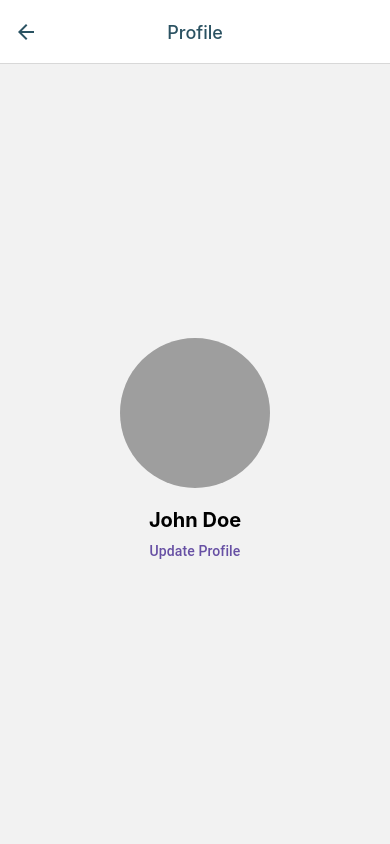
Repository: SaudCh/Expo-Pethub
Screen: /Profile
An editor plug-in stored every save of this project. The screen is shown before and after the next save, followed by the edit.
Pictures or frames that could not be fetched are drawn as grey boxes. The app was drawn by React Native's web renderer in a window 390 px wide. The project was rebuilt for these pictures with package versions that can differ from the ones it lists, and the page was loaded fresh each time. Also part of the build but not shown: Screens/Signup.js, Screens/Home.js, Screens/UpdateProfile.js, Components/Avatar.js.

Above is the screen before, as saved 2022-11-15 00:19:25.

### App.js
import { StatusBar } from 'expo-status-bar';
import 'react-native-gesture-handler';
import { StyleSheet, Text, View } from 'react-native';
import { Provider as PaperProvider } from 'react-native-paper';
import AppNavigator from './Components/Navigator';

export default function App() {
  return (
    <PaperProvider>
      <AppNavigator />
    </PaperProvider>
  );
}

const styles = StyleSheet.create({
  container: {
    flex: 1,
    backgroundColor: '#fff',
    alignItems: 'center',
    justifyContent: 'center',
  },
});

### Components/Navigator.js
// In App.js in a new project

import * as React from 'react';
import { View, Text } from 'react-native';
import { NavigationContainer } from '@react-navigation/native';
import { createNativeStackNavigator } from '@react-navigation/native-stack';
import Login from '../Screens/Login';
import Signup from '../Screens/Signup';
import Home from '../Screens/Home';
import Profile from '../Screens/Profile';
import UpdateProfile from '../Screens/UpdateProfile';
import Avatar from './Avatar';

function HomeScreen() {
    return (
        <View style={{ flex: 1, alignItems: 'center', justifyContent: 'center' }}>
            <Text>Home Screen</Text>
        </View>
    );
}

const Stack = createNativeStackNavigator();

function AppNavigator() {
    return (
        <NavigationContainer>
            <Stack.Navigator>
                <Stack.Screen name="Login" component={Login} options={{
                    title: 'Login',
                    headerTintColor: "#2B5262",
                    headerTitleAlign: 'center'
                }} />

                <Stack.Screen name="Signup" component={Signup} options={{
                    title: 'Signup',
                    headerTintColor: "#2B5262",
                    headerTitleAlign: 'center'
                }} />

                <Stack.Screen name="Home" component={Home}
                    options={{
                        title: 'Home',
                        headerTintColor: "#2B5262",
                        headerTitleAlign: 'center',
                        headerRight: () => (
                            <Avatar />
                        )
                    }}
                />

                <Stack.Screen name="Profile" component={Profile} options={{
                    title: 'Profile',
                    headerTintColor: "#2B5262",
                    headerTitleAlign: 'center'
                }} />
                <Stack.Screen name="UpdateProfile" component={UpdateProfile} options={{
                    title: 'Update',
                    headerTintColor: "#2B5262",
                    headerTitleAlign: 'center',
                }} />

            </Stack.Navigator>
        </NavigationContainer>
    );
}

export default AppNavigator;

### Screens/Login.js
import { useNavigation } from "@react-navigation/native";
import React, { useState, useEffect } from "react";
import { View, Text, StyleSheet, ActivityIndicator, Alert } from 'react-native'
import { TextInput, Button } from "react-native-paper"

export default function Login() {

    const navigation = useNavigation()

    const [data, setData] = useState({
        email: '',
        password: ''
    })

    return (
        <View style={{ ...styles.body }}>
            <View style={{ ...styles.box }}>
                <View>
                    <TextInput
                        mode="outlined"
                        placeholder="Email"
                        style={{ marginBottom: 10 }}
                        value={data.email}
                        onChangeText={text => setData({ ...data, email: text })}
                    />
                </View>
                <View>
                    <TextInput
                        mode="outlined"
                        placeholder="Password"
                        value={data.password}
                        style={{ marginBottom: 10 }}
                        onChangeText={text => setData({ ...data, password: text })}
                        secureTextEntry
                    />
                </View>
                <View>
                    <Button mode="contained" onPress={() => navigation.replace('Home')} style={{ marginTop: 10 }} >
                        Login
                    </Button>

                    <Button onPress={() => navigation.navigate("Signup")} style={{ backgroundColor: 'transparent' }}>
                        <Text style={{ ...styles.bottomText }}>Switch to Signup</Text>
                    </Button>
                </View>
            </View>
        </View >
    );
}
const styles = StyleSheet.create({
    body: {
        flex: 1,
        alignItems: "center",
        justifyContent: 'center',
        backgroundColor: '#A9CCCF'
    },
    box: {
        shadowColor: "#000",
        shadowOffset: {
            width: 0,
            height: 3,
        },
        shadowOpacity: 0.27,
        shadowRadius: 4.65,
        elevation: 6,
        borderRadius: 10,

        backgroundColor: "#fff",
        padding: 20,
        width: 350
    },
    inputText: {
        fontWeight: 'bold'
    },
    bottomText: {
        fontSize: 16
    }
});

### Screens/Profile.js
import { Image, StyleSheet, Text, View } from 'react-native'
import React from 'react'
import { Button } from 'react-native-paper'

export default function Profile() {
    return (
        <View style={{ flex: 1, justifyContent: 'center' }}>
            <View style={{ alignSelf: 'center', width: 150, height: 150, borderRadius: 75, overflow: "hidden" }}>
                <Image
                    style={styles.image}
                    source={{
                        uri: 'https://www.pngarts.com/files/6/User-Avatar-in-Suit-PNG.png',
                    }}
                />
            </View>
            <View style={{ alignSelf: 'center', marginTop: 20 }}>
                <Text style={{ fontSize: 20, fontWeight: 'bold' }}>John Doe</Text>
            </View>


            <Button>
                Update Profile
            </Button>
        </View>
    )
}

const styles = StyleSheet.create({
    image: {
        width: 150,
        height: 150,
        alignSelf: 'center',
        marginBottom: 20,
        resizeMode: "cover"
    }

})

After the next save:
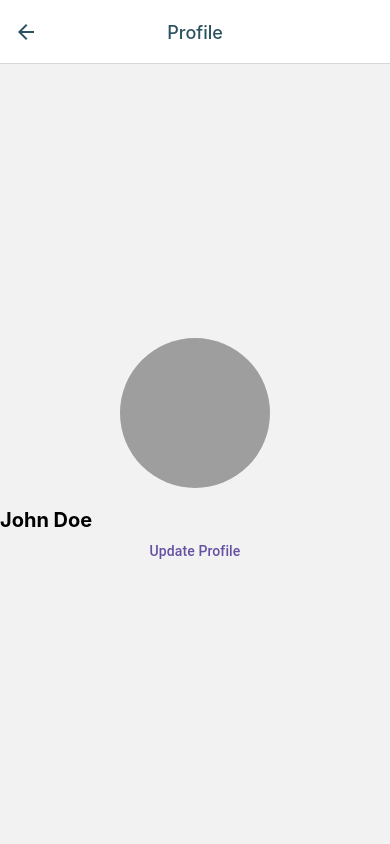
Saved 10 s later.
--- a/Screens/Profile.js
+++ b/Screens/Profile.js
@@ -13,7 +13,7 @@ export default function Profile() {
                     }}
                 />
             </View>
-            <View style={{ alignSelf: 'center', marginTop: 20 }}>
+            <View style={{ marginTop: 20 }}>
                 <Text style={{ fontSize: 20, fontWeight: 'bold' }}>John Doe</Text>
             </View>
 
